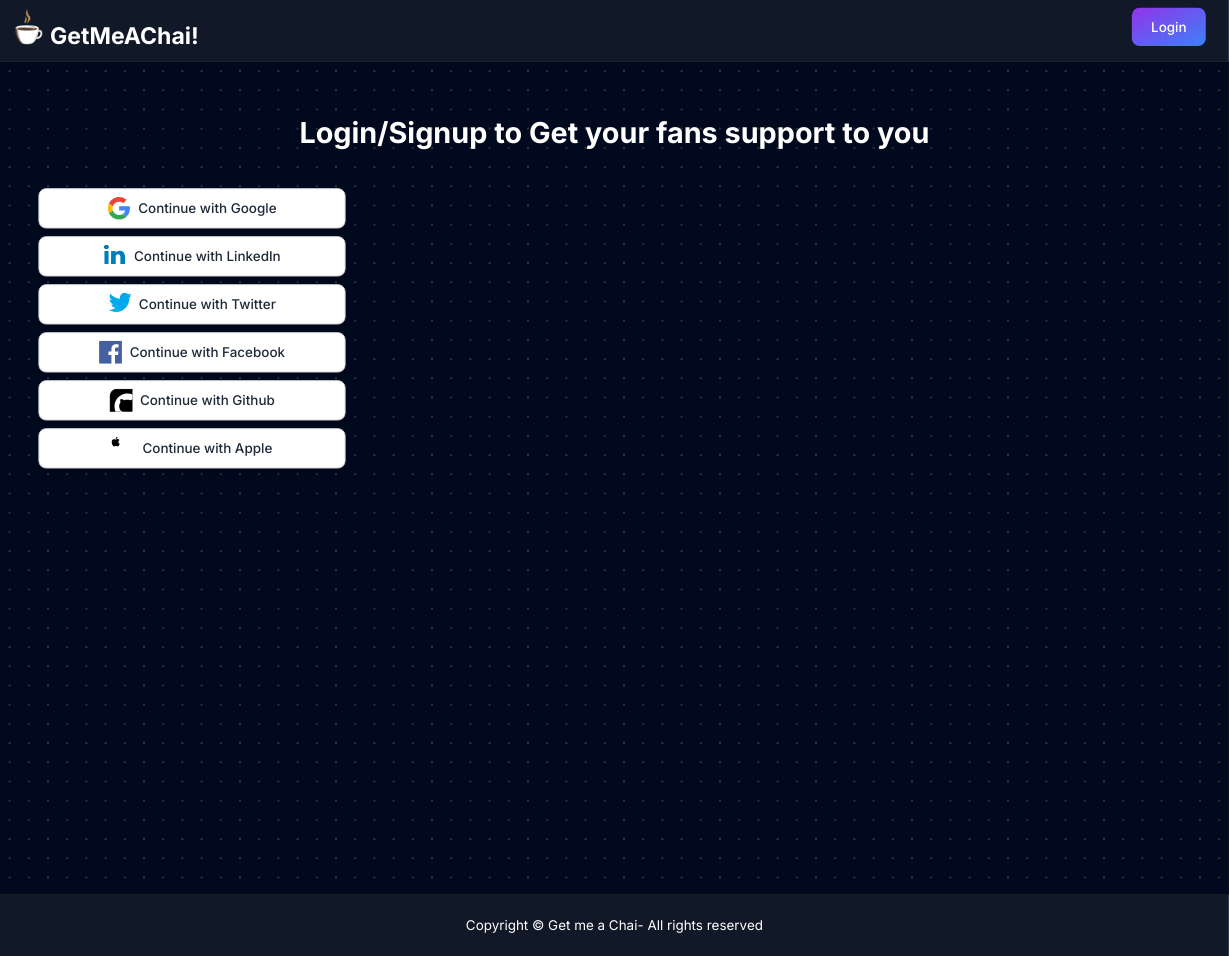
Repository: sarthaktomar579/saharaWorks
Page: /login
An editor plug-in stored every save of this project. The page is shown before and after the next save, followed by the edit.
The browser window is 1280 px wide. The pictures show the whole page, at 96% of full size.
The project was rebuilt for these pictures with package versions that can differ from the ones it lists, and the page was loaded fresh each time. The framework's server and built-in components were replaced by stand-ins that run in the browser. Also part of the build but not shown: next.config.mjs.

Above is the page before, as saved 2024-08-31 20:52:42.

### app/layout.js
import { Inter } from "next/font/google";
import "./globals.css";
import Navbar from "@/components/Navbar";
import Footer from "@/components/Footer";

const inter = Inter({ subsets: ["latin"] });

export const metadata = {
  title: "Get me a Chai- Fund your projects with a chai",
  description: "This website is a crowd funding platform for creators",
};

export default function RootLayout({ children }) {
  return (
    <html lang="en">
      <body className={inter.className}>
        <Navbar/>
        <div className="min-h-[82.3vh] bg-[#000000] bg-[radial-gradient(#ffffff33_1px,#00091d_1px)] bg-[size:20px_20px]">
        {children}
        </div>
        <Footer/>
      </body>
    </html>
  );
}
{/* <div class="absolute top-0 z-[-2] h-screen w-screen bg-[#000000] bg-[radial-gradient(#ffffff33_1px,#00091d_1px)] bg-[size:20px_20px]"></div> */}

### app/login/page.js
import React from 'react';

const Login = () => {
    return (
        <div className='mx-auto py-14 text-white'>
            <h1 className='text-center text-3xl font-bold'>
                Login/Signup to Get your fans support to you
            </h1>
            <div className="flex flex-col gap-2 min-h-screen p-10">


                <button
                    className="flex items-center justify-center w-80 border bg-white border-gray-300 rounded-lg shadow-md max-w-xs px-6 py-2 text-sm font-medium text-gray-800 hover:bg-gray-200 focus:outline-none focus:ring-2 focus:ring-offset-2 focus:ring-gray-500">
                    <svg className="h-6 w-6 mr-2" xmlns="http://www.w3.org/2000/svg" viewBox="-0.5 0 48 48" version="1.1">

                        <g id="Icons" stroke="none" stroke-width="1" fill="none" fill-rule="evenodd">
                            <g id="Color-" transform="translate(-401.000000, -860.000000)">
                                <g id="Google" transform="translate(401.000000, 860.000000)">
                                    <path
                                        d="M9.82727273,24 C9.82727273,22.4757333 10.0804318,21.0144 10.5322727,19.6437333 L2.62345455,13.6042667 C1.08206818,16.7338667 0.213636364,20.2602667 0.213636364,24 C0.213636364,27.7365333 1.081,31.2608 2.62025,34.3882667 L10.5247955,28.3370667 C10.0772273,26.9728 9.82727273,25.5168 9.82727273,24"
                                        id="Fill-1" fill="#FBBC05"> </path>
                                    <path
                                        d="M23.7136364,10.1333333 C27.025,10.1333333 30.0159091,11.3066667 32.3659091,13.2266667 L39.2022727,6.4 C35.0363636,2.77333333 29.6954545,0.533333333 23.7136364,0.533333333 C14.4268636,0.533333333 6.44540909,5.84426667 2.62345455,13.6042667 L10.5322727,19.6437333 C12.3545909,14.112 17.5491591,10.1333333 23.7136364,10.1333333"
                                        id="Fill-2" fill="#EB4335"> </path>
                                    <path
                                        d="M23.7136364,37.8666667 C17.5491591,37.8666667 12.3545909,33.888 10.5322727,28.3562667 L2.62345455,34.3946667 C6.44540909,42.1557333 14.4268636,47.4666667 23.7136364,47.4666667 C29.4455,47.4666667 34.9177955,45.4314667 39.0249545,41.6181333 L31.5177727,35.8144 C29.3995682,37.1488 26.7323182,37.8666667 23.7136364,37.8666667"
                                        id="Fill-3" fill="#34A853"> </path>
                                    <path
                                        d="M46.1454545,24 C46.1454545,22.6133333 45.9318182,21.12 45.6113636,19.7333333 L23.7136364,19.7333333 L23.7136364,28.8 L36.3181818,28.8 C35.6879545,31.8912 33.9724545,34.2677333 31.5177727,35.8144 L39.0249545,41.6181333 C43.3393409,37.6138667 46.1454545,31.6490667 46.1454545,24"
                                        id="Fill-4" fill="#4285F4"> </path>
                                </g>
                            </g>
                        </g>
                    </svg>
                    <span>Continue with Google</span>
                </button>


                <button
                    className="flex items-center justify-center  border bg-white border-gray-300 rounded-lg shadow-md max-w-xs px-6 py-2 text-sm font-medium text-gray-800 hover:bg-gray-200 focus:outline-none focus:ring-2 focus:ring-offset-2 focus:ring-gray-500">
                    <svg className="h-6 w-6 mr-2" xmlns="http://www.w3.org/2000/svg" viewBox="-0.5 0 48 48" version="1.1">
                        <g id="Icons" stroke="none" stroke-width="1" fill="none" fill-rule="evenodd">
                            <g id="Color-" transform="translate(-702.000000, -265.000000)" fill="#007EBB">
                                <path
                                    d="M746,305 L736.2754,305 L736.2754,290.9384 C736.2754,287.257796 734.754233,284.74515 731.409219,284.74515 C728.850659,284.74515 727.427799,286.440738 726.765522,288.074854 C726.517168,288.661395 726.555974,289.478453 726.555974,290.295511 L726.555974,305 L716.921919,305 C716.921919,305 717.046096,280.091247 716.921919,277.827047 L726.555974,277.827047 L726.555974,282.091631 C727.125118,280.226996 730.203669,277.565794 735.116416,277.565794 C741.21143,277.565794 746,281.474355 746,289.890824 L746,305 L746,305 Z M707.17921,274.428187 L707.117121,274.428187 C704.0127,274.428187 702,272.350964 702,269.717936 C702,267.033681 704.072201,265 707.238711,265 C710.402634,265 712.348071,267.028559 712.41016,269.710252 C712.41016,272.34328 710.402634,274.428187 707.17921,274.428187 L707.17921,274.428187 L707.17921,274.428187 Z M703.109831,277.827047 L711.685795,277.827047 L711.685795,305 L703.109831,305 L703.109831,277.827047 L703.109831,277.827047 Z"
                                    id="LinkedIn">

                                </path>
                            </g>
                        </g>
                    </svg> <span>Continue with LinkedIn</span>
                </button>


                <button
                    className="flex items-center justify-center  border bg-white border-gray-300 rounded-lg shadow-md max-w-xs px-6 py-2 text-sm font-medium text-gray-800 hover:bg-gray-200 focus:outline-none focus:ring-2 focus:ring-offset-2 focus:ring-gray-500">
                    <svg className="h-6 w-6 mr-2" xmlns="http://www.w3.org/2000/svg" viewBox="-0.5 0 48 48" version="1.1">
                        <g id="Icons" stroke="none" stroke-width="1" fill="none" fill-rule="evenodd">
                            <g id="Color-" transform="translate(-300.000000, -164.000000)" fill="#00AAEC">
                                <path
                                    d="M348,168.735283 C346.236309,169.538462 344.337383,170.081618 342.345483,170.324305 C344.379644,169.076201 345.940482,167.097147 346.675823,164.739617 C344.771263,165.895269 342.666667,166.736006 340.418384,167.18671 C338.626519,165.224991 336.065504,164 333.231203,164 C327.796443,164 323.387216,168.521488 323.387216,174.097508 C323.387216,174.88913 323.471738,175.657638 323.640782,176.397255 C315.456242,175.975442 308.201444,171.959552 303.341433,165.843265 C302.493397,167.339834 302.008804,169.076201 302.008804,170.925244 C302.008804,174.426869 303.747139,177.518238 306.389857,179.329722 C304.778306,179.280607 303.256911,178.821235 301.9271,178.070061 L301.9271,178.194294 C301.9271,183.08848 305.322064,187.17082 309.8299,188.095341 C309.004402,188.33225 308.133826,188.450704 307.235077,188.450704 C306.601162,188.450704 305.981335,188.390033 305.381229,188.271578 C306.634971,192.28169 310.269414,195.2026 314.580032,195.280607 C311.210424,197.99061 306.961789,199.605634 302.349709,199.605634 C301.555203,199.605634 300.769149,199.559408 300,199.466956 C304.358514,202.327194 309.53689,204 315.095615,204 C333.211481,204 343.114633,188.615385 343.114633,175.270495 C343.114633,174.831347 343.106181,174.392199 343.089276,173.961719 C345.013559,172.537378 346.684275,170.760563 348,168.735283"
                                    id="Twitter">

                                </path>
                            </g>
                        </g>
                    </svg>

                    <span>Continue with Twitter</span>
                </button>


                <button
                    className="flex items-center justify-center  border bg-white border-gray-300 rounded-lg shadow-md max-w-xs px-6 py-2 text-sm font-medium text-gray-800 hover:bg-gray-200 focus:outline-none focus:ring-2 focus:ring-offset-2 focus:ring-gray-500">
                   <svg className="h-6 w-6 mr-2" xmlns="http://www.w3.org/2000/svg" viewBox="-0.5 0 48 48" version="1.1">
                        <g id="Icons" stroke="none" stroke-width="1" fill="none" fill-rule="evenodd">
                            <g id="Color-" transform="translate(-200.000000, -160.000000)" fill="#4460A0">
                                <path
                                    d="M225.638355,208 L202.649232,208 C201.185673,208 200,206.813592 200,205.350603 L200,162.649211 C200,161.18585 201.185859,160 202.649232,160 L245.350955,160 C246.813955,160 248,161.18585 248,162.649211 L248,205.350603 C248,206.813778 246.813769,208 245.350955,208 L233.119305,208 L233.119305,189.411755 L239.358521,189.411755 L240.292755,182.167586 L233.119305,182.167586 L233.119305,177.542641 C233.119305,175.445287 233.701712,174.01601 236.70929,174.01601 L240.545311,174.014333 L240.545311,167.535091 C239.881886,167.446808 237.604784,167.24957 234.955552,167.24957 C229.424834,167.24957 225.638355,170.625526 225.638355,176.825209 L225.638355,182.167586 L219.383122,182.167586 L219.383122,189.411755 L225.638355,189.411755 L225.638355,208 L225.638355,208 Z"
                                    id="Facebook">

                                </path>
                            </g>
                        </g>
                    </svg>

                    <span>Continue with Facebook</span>
                </button>


                <button
                    className="flex items-center justify-center  border bg-white border-gray-300 rounded-lg shadow-md max-w-xs px-6 py-2 text-sm font-medium text-gray-800 hover:bg-gray-200 focus:outline-none focus:ring-2 focus:ring-offset-2 focus:ring-gray-500">
                   <svg className="h-6 w-6 mr-2" xmlns="http://www.w3.org/2000/svg" viewBox="-0.5 0 48 48" version="1.1">
                        <g id="team-collaboration/version-control/github" stroke="none" stroke-width="1" fill="none"
                            fill-rule="evenodd">
                            <g id="container" transform="translate(2.000000, 2.000000)" fill-rule="nonzero">
                                <rect id="mask" stroke="#000000" stroke-width="2" fill="#000000" x="-1"
                                    y="-1" width="71" height="71" rx="14">

                                </rect>
                                <path
                                    d="M58.3067362,21.4281798 C55.895743,17.2972267 52.6253846,14.0267453 48.4948004,11.615998 C44.3636013,9.20512774 39.8535636,8 34.9614901,8 C30.0700314,8 25.5585181,9.20549662 21.4281798,11.615998 C17.2972267,14.0266224 14.0269912,17.2972267 11.615998,21.4281798 C9.20537366,25.5590099 8,30.0699084 8,34.9607523 C8,40.8357654 9.71405782,46.1187277 13.1430342,50.8109917 C16.5716416,55.5036246 21.0008949,58.7507436 26.4304251,60.5527176 C27.0624378,60.6700211 27.5302994,60.5875152 27.8345016,60.3072901 C28.1388268,60.0266961 28.290805,59.6752774 28.290805,59.2545094 C28.290805,59.1842994 28.2847799,58.5526556 28.2730988,57.3588401 C28.2610487,56.1650247 28.2553926,55.1235563 28.2553926,54.2349267 L27.4479164,54.3746089 C26.9330843,54.468919 26.2836113,54.5088809 25.4994975,54.4975686 C24.7157525,54.4866252 23.9021284,54.4044881 23.0597317,54.2517722 C22.2169661,54.1004088 21.4330982,53.749359 20.7075131,53.1993604 C19.982297,52.6493618 19.4674649,51.9294329 19.1631397,51.0406804 L18.8120898,50.2328353 C18.5780976,49.6950097 18.2097104,49.0975487 17.7064365,48.4426655 C17.2031625,47.7871675 16.6942324,47.3427912 16.1794003,47.108799 L15.9336039,46.9328437 C15.7698216,46.815909 15.6178435,46.6748743 15.4773006,46.511215 C15.3368806,46.3475556 15.2317501,46.1837734 15.1615401,46.0197452 C15.0912072,45.855594 15.1494901,45.7209532 15.3370036,45.6153308 C15.5245171,45.5097084 15.8633939,45.4584343 16.3551097,45.4584343 L17.0569635,45.5633189 C17.5250709,45.6571371 18.104088,45.9373622 18.7947525,46.4057156 C19.4850481,46.8737001 20.052507,47.4821045 20.4972521,48.230683 C21.0358155,49.1905062 21.6846737,49.9218703 22.4456711,50.4251443 C23.2060537,50.9284182 23.9727072,51.1796248 24.744894,51.1796248 C25.5170807,51.1796248 26.1840139,51.121096 26.7459396,51.0046532 C27.3072505,50.8875956 27.8338868,50.7116403 28.3256025,50.477771 C28.5362325,48.9090515 29.1097164,47.7039238 30.0455624,46.8615271 C28.7116959,46.721353 27.5124702,46.5102313 26.4472706,46.2295144 C25.3826858,45.9484285 24.2825656,45.4922482 23.1476478,44.8597436 C22.0121153,44.2280998 21.0701212,43.44374 20.3214198,42.5080169 C19.5725954,41.571802 18.9580429,40.3426971 18.4786232,38.821809 C17.9989575,37.300306 17.7590632,35.5451796 17.7590632,33.5559381 C17.7590632,30.7235621 18.6837199,28.3133066 20.5326645,26.3238191 C19.6665366,24.1944035 19.7483048,21.8072644 20.778215,19.1626478 C21.4569523,18.951772 22.4635002,19.1100211 23.7973667,19.6364115 C25.1314792,20.1630477 26.1082708,20.6141868 26.7287253,20.9882301 C27.3491798,21.3621504 27.8463057,21.6790175 28.2208409,21.9360032 C30.3978419,21.3277217 32.644438,21.0235195 34.9612442,21.0235195 C37.2780503,21.0235195 39.5251383,21.3277217 41.7022622,21.9360032 L43.0362517,21.0938524 C43.9484895,20.5319267 45.0257392,20.0169716 46.2654186,19.5488642 C47.5058357,19.0810026 48.4543466,18.9521409 49.1099676,19.1630167 C50.1627483,21.8077563 50.2565666,24.1947724 49.3901927,26.324188 C51.2390143,28.3136755 52.1640399,30.7245457 52.1640399,33.556307 C52.1640399,35.5455485 51.9232849,37.3062081 51.444357,38.8393922 C50.9648143,40.3728223 50.3449746,41.6006975 49.5845919,42.5256002 C48.8233486,43.4503799 47.8753296,44.2285916 46.7404118,44.8601125 C45.6052481,45.4921252 44.504759,45.9483056 43.4401742,46.2293914 C42.3750975,46.5104772 41.1758719,46.7217219 39.8420054,46.8621419 C41.0585683,47.9149226 41.6669728,49.5767225 41.6669728,51.846804 L41.6669728,59.2535257 C41.6669728,59.6742937 41.8132948,60.0255895 42.1061847,60.3063064 C42.3987058,60.5865315 42.8606653,60.6690374 43.492678,60.5516109 C48.922946,58.7498829 53.3521992,55.5026409 56.7806837,50.810008 C60.2087994,46.117744 61.923472,40.8347817 61.923472,34.9597686 C61.9222424,30.0695396 60.7162539,25.5590099 58.3067362,21.4281798 Z"
                                    id="Shape" fill="#FFFFFF">

                                </path>
                            </g>
                        </g>
                    </svg>

                    <span>Continue with Github</span>
                </button>


                <button
                    className="flex items-center justify-center  border bg-white border-gray-300 rounded-lg shadow-md max-w-xs px-6 py-2 text-sm font-medium text-gray-800 hover:bg-gray-200 focus:outline-none focus:ring-2 focus:ring-offset-2 focus:ring-gray-500">
                   <svg className="h-6 w-6 mr-2" xmlns="http://www.w3.org/2000/svg" viewBox="-0.5 0 48 48" version="1.1">
                        <g id="Page-1" stroke="none" stroke-width="1" fill="none" fill-rule="evenodd">
                            <g id="Dribbble-Light-Preview" transform="translate(-102.000000, -7439.000000)" fill="#000000">
                                <g id="icons" transform="translate(56.000000, 160.000000)">
                                    <path
                                        d="M57.5708873,7282.19296 C58.2999598,7281.34797 58.7914012,7280.17098 58.6569121,7279 C57.6062792,7279.04 56.3352055,7279.67099 55.5818643,7280.51498 C54.905374,7281.26397 54.3148354,7282.46095 54.4735932,7283.60894 C55.6455696,7283.69593 56.8418148,7283.03894 57.5708873,7282.19296 M60.1989864,7289.62485 C60.2283111,7292.65181 62.9696641,7293.65879 63,7293.67179 C62.9777537,7293.74279 62.562152,7295.10677 61.5560117,7296.51675 C60.6853718,7297.73474 59.7823735,7298.94772 58.3596204,7298.97372 C56.9621472,7298.99872 56.5121648,7298.17973 54.9134635,7298.17973 C53.3157735,7298.17973 52.8162425,7298.94772 51.4935978,7298.99872 C50.1203933,7299.04772 49.0738052,7297.68074 48.197098,7296.46676 C46.4032359,7293.98379 45.0330649,7289.44985 46.8734421,7286.3899 C47.7875635,7284.87092 49.4206455,7283.90793 51.1942837,7283.88393 C52.5422083,7283.85893 53.8153044,7284.75292 54.6394294,7284.75292 C55.4635543,7284.75292 57.0106846,7283.67793 58.6366882,7283.83593 C59.3172232,7283.86293 61.2283842,7284.09893 62.4549652,7285.8199 C62.355868,7285.8789 60.1747177,7287.09489 60.1989864,7289.62485"
                                        id="apple-[#173]">

                                    </path>
                                </g>
                            </g>
                        </g>
                    </svg>

                    <span>Continue with Apple</span>
                </button>


            </div>
        </div>
    );
};

export default Login;

### components/Footer.js
import React from 'react'

const Footer = () => {
  return (
    <footer className='bg-gray-900 text-sm text-white flex justify-center items-center px-4 h-16'>
      <p className='text-center'>Copyright &copy; Get me a Chai- All rights reserved</p>
    </footer>
  )
}

export default Footer

Loaded but not shown: app/globals.css (common file); tailwind.config.js (common file); components/Navbar.js (30 lines, source omitted)

After the next save:
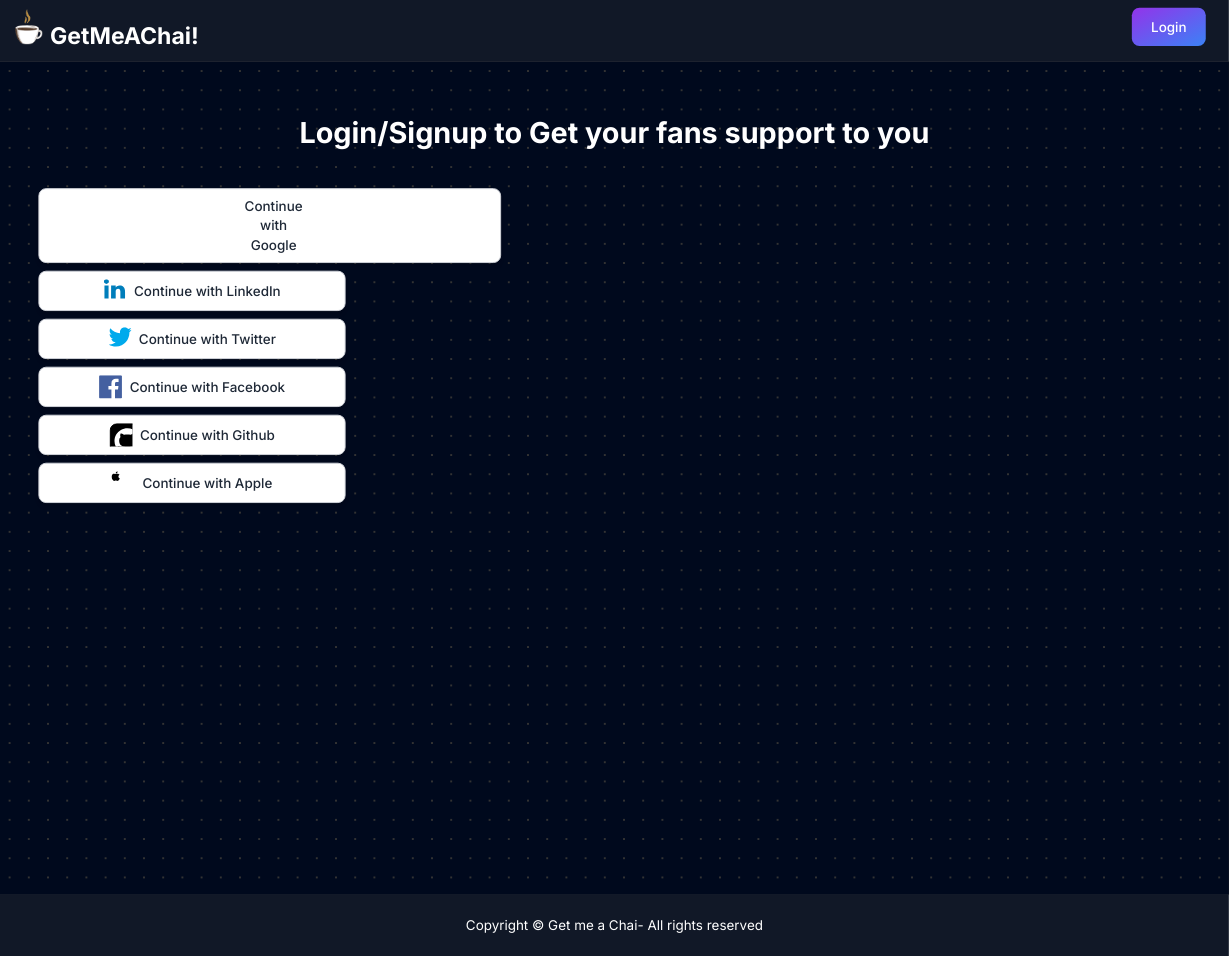
Saved 13 s later.
--- a/app/login/page.js
+++ b/app/login/page.js
@@ -10,7 +10,7 @@
 
 
                 <button
-                    className="flex items-center justify-center w-80 border bg-white border-gray-300 rounded-lg shadow-md max-w-xs px-6 py-2 text-sm font-medium text-gray-800 hover:bg-gray-200 focus:outline-none focus:ring-2 focus:ring-offset-2 focus:ring-gray-500">
+                    className="flex items-center justify-center w-80 border bg-white border-gray-300 rounded-lg shadow-md max-w-xs px-60 py-2 text-sm font-medium text-gray-800 hover:bg-gray-200 focus:outline-none focus:ring-2 focus:ring-offset-2 focus:ring-gray-500">
                     <svg className="h-6 w-6 mr-2" xmlns="http://www.w3.org/2000/svg" viewBox="-0.5 0 48 48" version="1.1">
 
                         <g id="Icons" stroke="none" stroke-width="1" fill="none" fill-rule="evenodd">

After the save that followed:
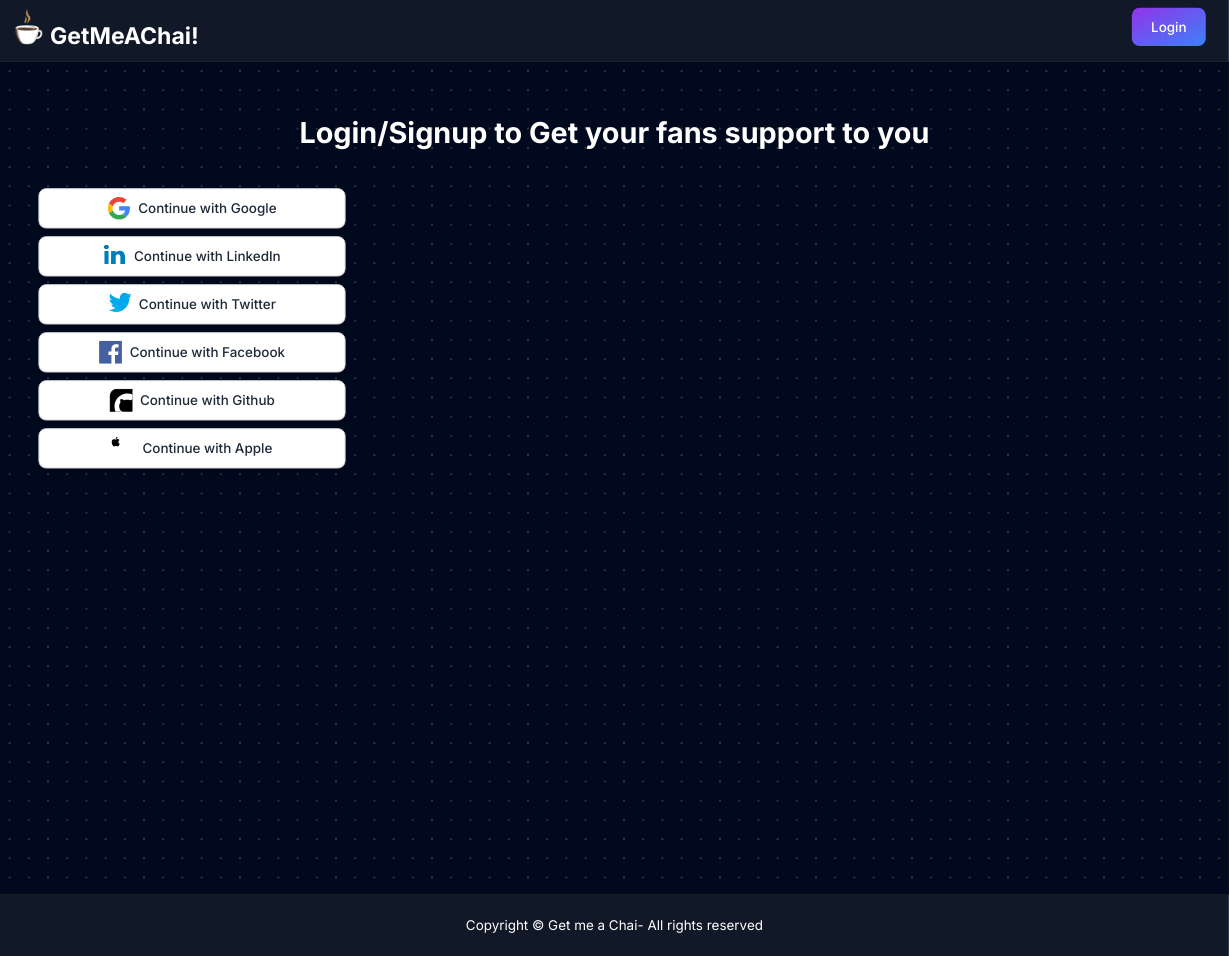
Saved 6 s later.
--- a/app/login/page.js
+++ b/app/login/page.js
@@ -10,7 +10,7 @@
 
 
                 <button
-                    className="flex items-center justify-center w-80 border bg-white border-gray-300 rounded-lg shadow-md max-w-xs px-60 py-2 text-sm font-medium text-gray-800 hover:bg-gray-200 focus:outline-none focus:ring-2 focus:ring-offset-2 focus:ring-gray-500">
+                    className="flex items-center justify-center w-80 border bg-white border-gray-300 rounded-lg shadow-md max-w-xs px-6 py-2 text-sm font-medium text-gray-800 hover:bg-gray-200 focus:outline-none focus:ring-2 focus:ring-offset-2 focus:ring-gray-500">
                     <svg className="h-6 w-6 mr-2" xmlns="http://www.w3.org/2000/svg" viewBox="-0.5 0 48 48" version="1.1">
 
                         <g id="Icons" stroke="none" stroke-width="1" fill="none" fill-rule="evenodd">
